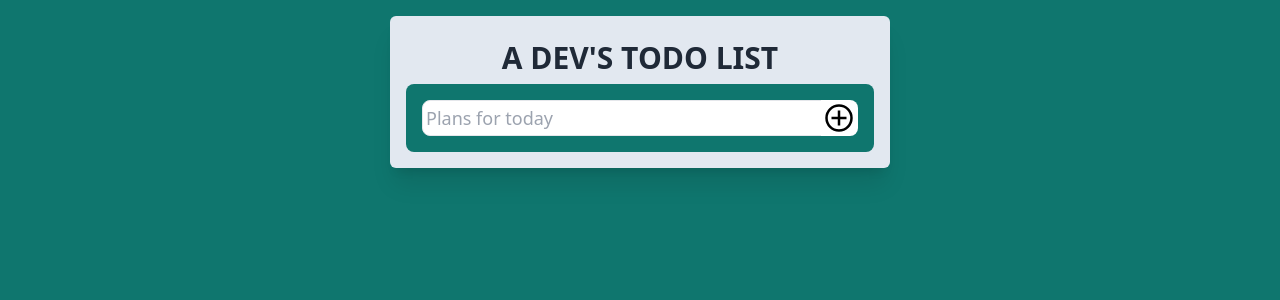
Repository: DevAntonioRogers/React-Todo-CRUD-App
Page: /
The author's editor kept a copy of each file at every save. The page is drawn from the files as they stood at one save, then again after the next save.
The browser window is 1280 px wide. The pictures show the whole page.
The project was rebuilt for these pictures with package versions that can differ from the ones it lists, and the page was loaded fresh each time. Also part of the build but not shown: vite.config.ts.

Above is the page before, as saved 2023-05-14 01:49:53.

### src/App.tsx
import Form from "./components/Form";

const App = () => {
  return (
    <div className="h-screen w-screen p-4 bg-teal-700">
      <div className="bg-slate-200 max-w-[500px] w-full m-auto rounded-md shadow-xl p-4">
        <h1 className="text-3xl font-bold text-center text-gray-800 p-2">A DEV'S TODO LIST</h1>
        <Form />
      </div>
    </div>
  );
};

export default App;

### src/components/Form.tsx
import { GrAddCircle } from "react-icons/gr";

const Form = () => {
  return (
    <form className="flex justify-between bg-teal-700 p-4 rounded-lg">
      <input
        className="border w-full text-lg rounded-tl-lg rounded-bl-lg p-[3px]"
        type="text"
        placeholder="Plans for today"
      />
      <button className="p-[3px] ml-[-1px] bg-white border-none outline-0 pr-1 rounded-tr-lg rounded-br-lg">
        <GrAddCircle size={30} fill="white" />
      </button>
    </form>
  );
};

export default Form;

Loaded but not shown: index.html (common file); src/main.tsx (common file); src/index.css (common file); tailwind.config.js (common file)

After the next save:
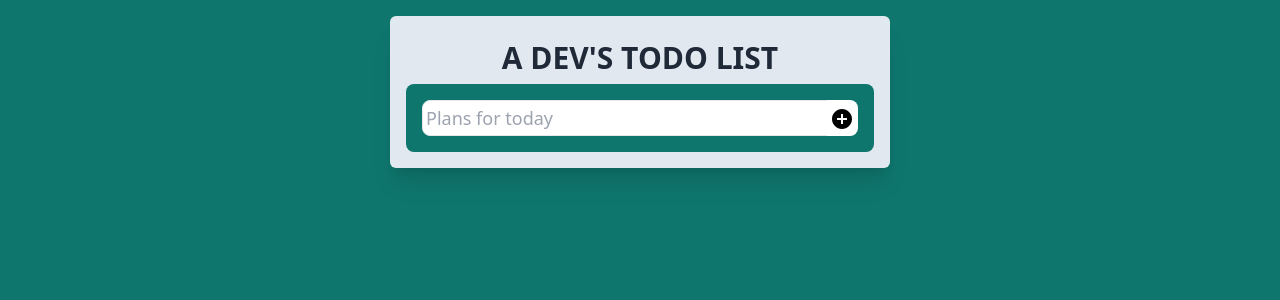
Saved 6 min 32 s later.
--- a/src/components/Form.tsx
+++ b/src/components/Form.tsx
@@ -1,4 +1,4 @@
-import { GrAddCircle } from "react-icons/gr";
+import AddCircleIcon from "@mui/icons-material/AddCircle";
 
 const Form = () => {
   return (
@@ -9,7 +9,7 @@ const Form = () => {
         placeholder="Plans for today"
       />
       <button className="p-[3px] ml-[-1px] bg-white border-none outline-0 pr-1 rounded-tr-lg rounded-br-lg">
-        <GrAddCircle size={30} fill="white" />
+        <AddCircleIcon size={30} fill="white" />
       </button>
     </form>
   );
